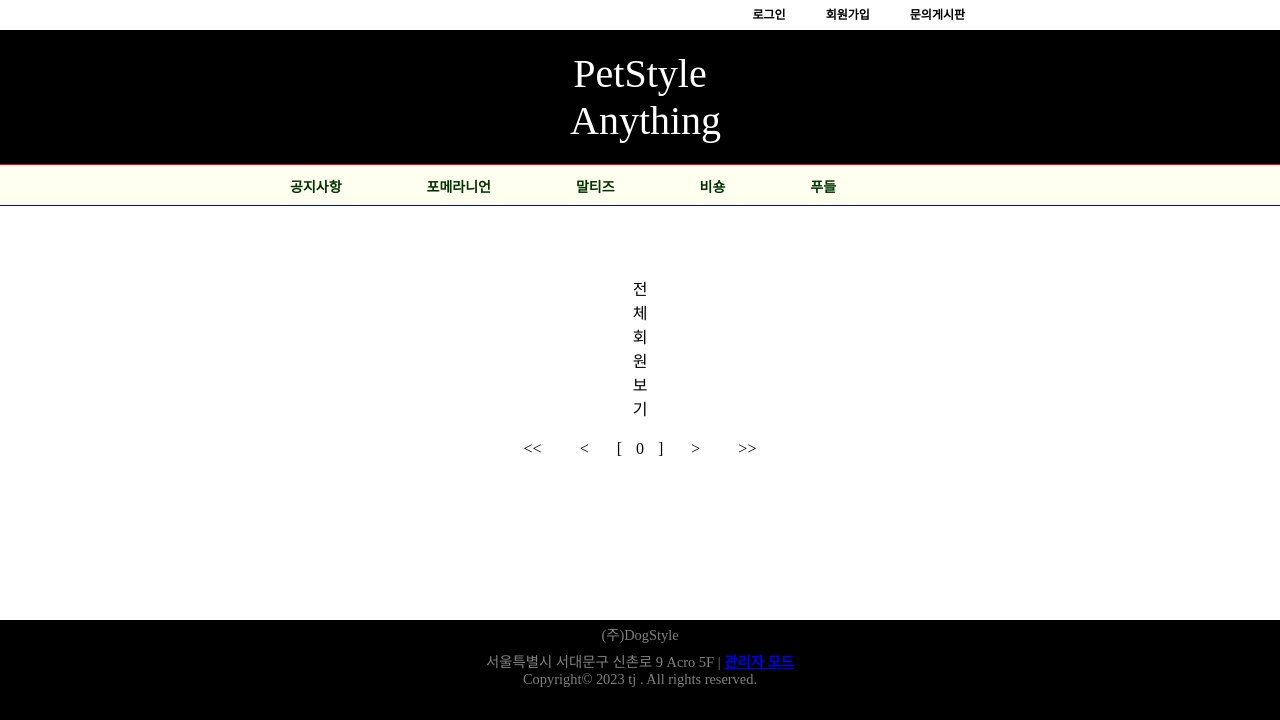
Repository: kdkk2000/Project
Page: http://localhost/petstyle/admin/allUser.jsp
These files come from the project's save history. The page is drawn as it stood at one moment and after the next save; the edit follows.
The browser window is 1280 px wide. The pictures show the whole page.
The page is served by Tomcat 9. The template is opened directly, without the code that normally fills it, so the values that code supplies are empty.

Above is the page before, as saved 2023-03-28 06:26:30.

After the next save:
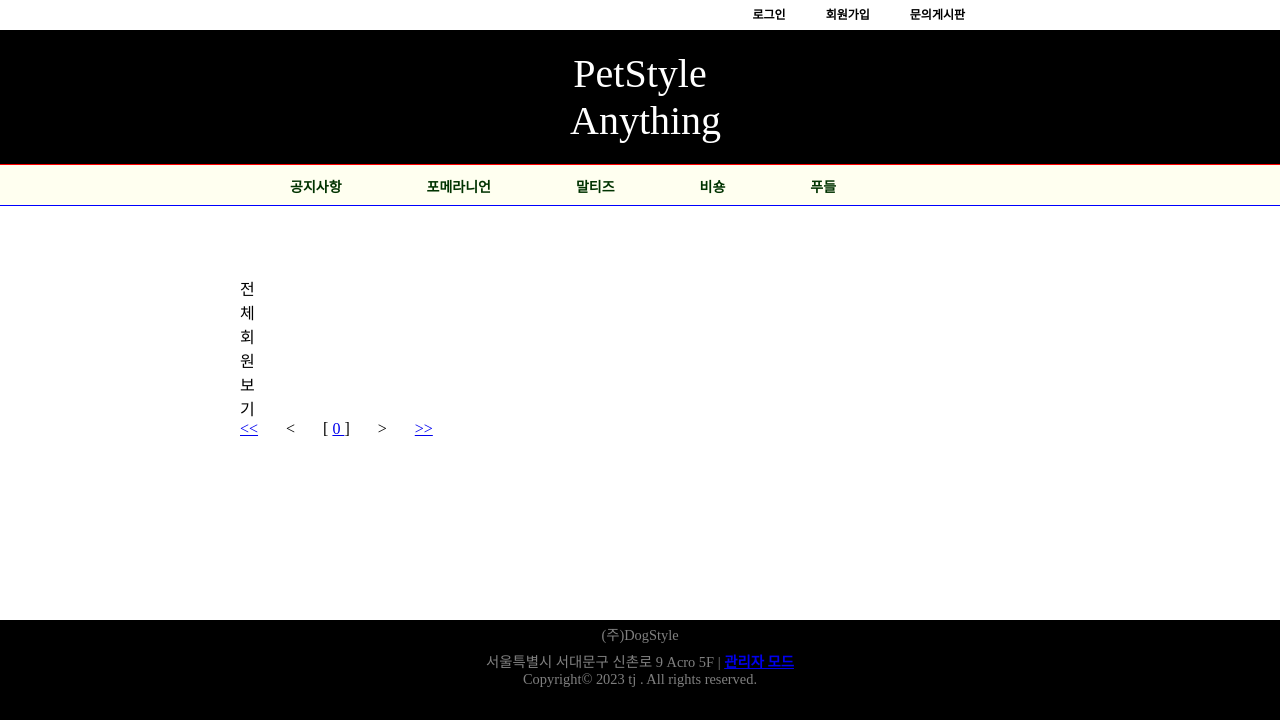
Saved 58 s later.
--- a/petstyle/WebContent/admin/allUser.jsp
+++ b/petstyle/WebContent/admin/allUser.jsp
@@ -13,43 +13,6 @@
 			height:430px;
 			margin: 70px auto 0px;
 			width: 800px;
-		}
-		td {
-			padding: 10px;
-			border: 1px solid black;
-		}
-
-		table {
-			border-collapse: collapse;
-			margin: 0 auto;
-		}
-
-		.caption {
-			font-size: 24px;
-			font-weight: bold;
-			text-align: center;
-			margin-bottom: 20px;
-		}
-
-		.paging {
-			text-align: center;
-			margin-top: 20px;
-		}
-
-		.paging a, .paging b {
-			padding: 5px 10px;
-			text-decoration: none;
-			color: #000;
-		}
-
-		.paging a:hover {
-			background-color: #000;
-			color: #fff;
-		}
-
-		.paging b {
-			background-color: #000;
-			color: #fff;
 		}
 	</style>
 </head>
